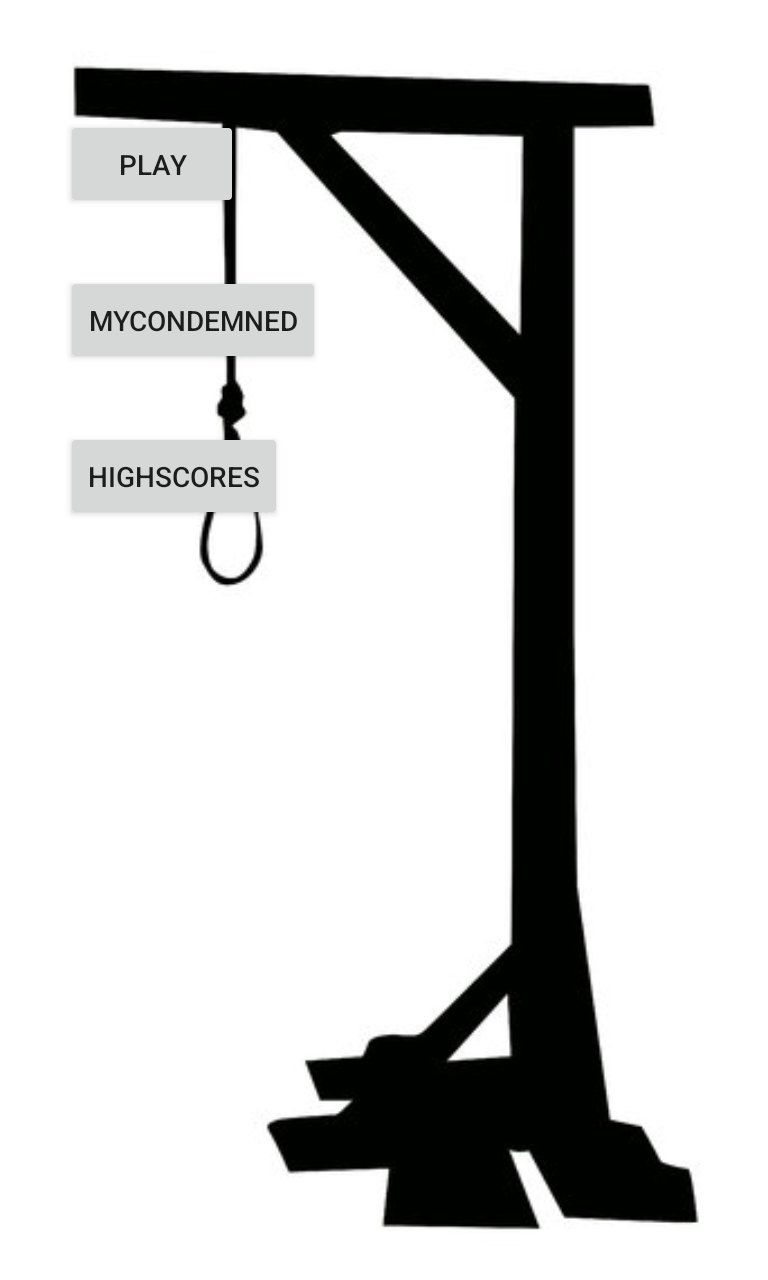
Repository: Sjaakja/hangman_app_studio
Layout: workspace/Hangman-TimeToSaveYourFriends/res/layout/fragment_main.xml
These files come from the project's save history. The layout is drawn as it stood at one moment and after the next save; the edit follows.
It is drawn on a 768 x 1280 px phone screen (xhdpi) without system bars, with theme AppTheme; the app's code is not run.

Above is the layout before, as saved 2014-06-09 14:31:38.

### workspace/Hangman-TimeToSaveYourFriends/res/layout/fragment_main.xml
<RelativeLayout xmlns:android="http://schemas.android.com/apk/res/android"
    xmlns:tools="http://schemas.android.com/tools"
    android:background="@drawable/gallow"
    android:layout_width="match_parent"
    android:layout_height="match_parent"
    android:paddingBottom="@dimen/activity_vertical_margin"
    android:paddingLeft="@dimen/activity_horizontal_margin"
    android:paddingRight="@dimen/activity_horizontal_margin"
    android:paddingTop="@dimen/activity_vertical_margin"
    tools:context="com.example.hangman_timetosaveyourfriends.MainActivity$PlaceholderFragment" >

    <Button
        android:id="@+id/button3"
        android:layout_width="wrap_content"
        android:layout_height="wrap_content"
        android:layout_alignLeft="@+id/button2"
        android:layout_below="@+id/button2"
        android:layout_marginTop="30dp"
        android:text="@string/title_activity_highscores" />

    <Button
        android:id="@+id/button2"
        android:layout_width="wrap_content"
        android:layout_height="wrap_content"
        android:layout_alignLeft="@+id/button1"
        android:layout_below="@+id/button1"
        android:layout_marginTop="30dp"
        android:text="@string/title_activity_my_condemned" />

    <Button
        android:id="@+id/button1"
        android:color="@color/blue"
        android:layout_width="wrap_content"
        android:layout_height="wrap_content"
        android:layout_alignParentLeft="true"
        android:layout_alignParentTop="true"
        android:layout_marginLeft="16dp"
        android:layout_marginTop="42dp"
        android:text="@string/title_activity_play" />

</RelativeLayout>

### workspace/Hangman-TimeToSaveYourFriends/res/values/strings.xml
<?xml version="1.0" encoding="utf-8"?>
<resources>

    <string name="app_name">Hangman - Time to save your friends</string>
    <string name="hello_world">Hello world!</string>
    <string name="action_settings">Settings</string>
    <string name="title_activity_play_settings">PlaySettings</string>
    <string name="title_activity_play">Play</string>
    <string name="title_activity_my_condemned">MyCondemned</string>
    <string name="title_activity_highscores">Highscores</string>

</resources>

### workspace/Hangman-TimeToSaveYourFriends/res/values/color.xml
<?xml version="1.0" encoding="utf-8"?>
<resources>

    <item name="blue" type="color">#FF33B5E5</item>
    <item name="purple" type="color">#FFAA66CC</item>
    <item name="green" type="color">#FF99CC00</item>
    <item name="orange" type="color">#FFFFBB33</item>
    <item name="red" type="color">#FFFF4444</item>
    <item name="darkblue" type="color">#FF0099CC</item>
    <item name="darkpurple" type="color">#FF9933CC</item>
    <item name="darkgreen" type="color">#FF669900</item>
    <item name="darkorange" type="color">#FFFF8800</item>
    <item name="darkred" type="color">#FFCC0000</item>


</resources>

Loaded but not shown: workspace/Hangman-TimeToSaveYourFriends/res/values/styles.xml (common file); workspace/Hangman-TimeToSaveYourFriends/res/values-v11/styles.xml (common file); workspace/Hangman-TimeToSaveYourFriends/res/values-v14/styles.xml (common file); workspace/Hangman-TimeToSaveYourFriends/res/values/dimens.xml (common file); workspace/Hangman-TimeToSaveYourFriends/res/values-w820dp/dimens.xml (common file)

After the next save:
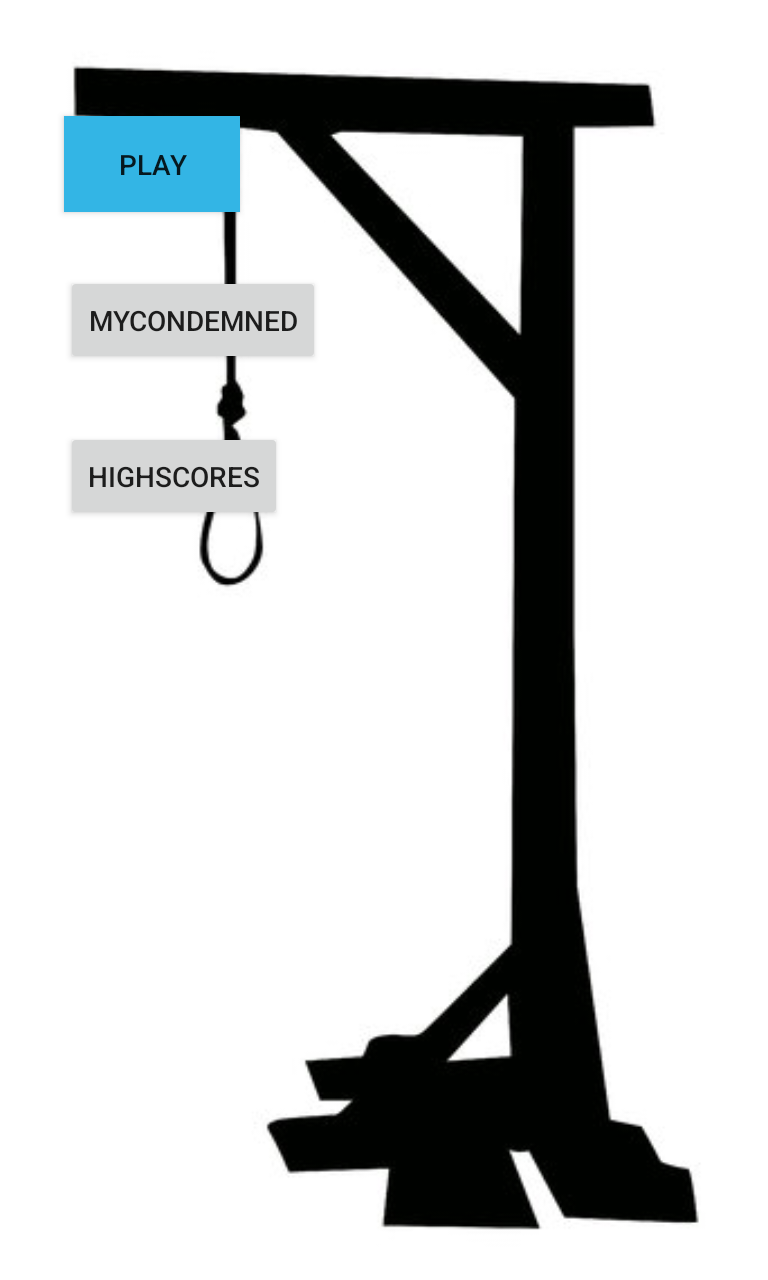
Saved 110 s later.
--- a/workspace/Hangman-TimeToSaveYourFriends/res/layout/fragment_main.xml
+++ b/workspace/Hangman-TimeToSaveYourFriends/res/layout/fragment_main.xml
@@ -29,7 +29,7 @@
 
     <Button
         android:id="@+id/button1"
-        android:color="@color/blue"
+        android:background="@color/blue"
         android:layout_width="wrap_content"
         android:layout_height="wrap_content"
         android:layout_alignParentLeft="true"
